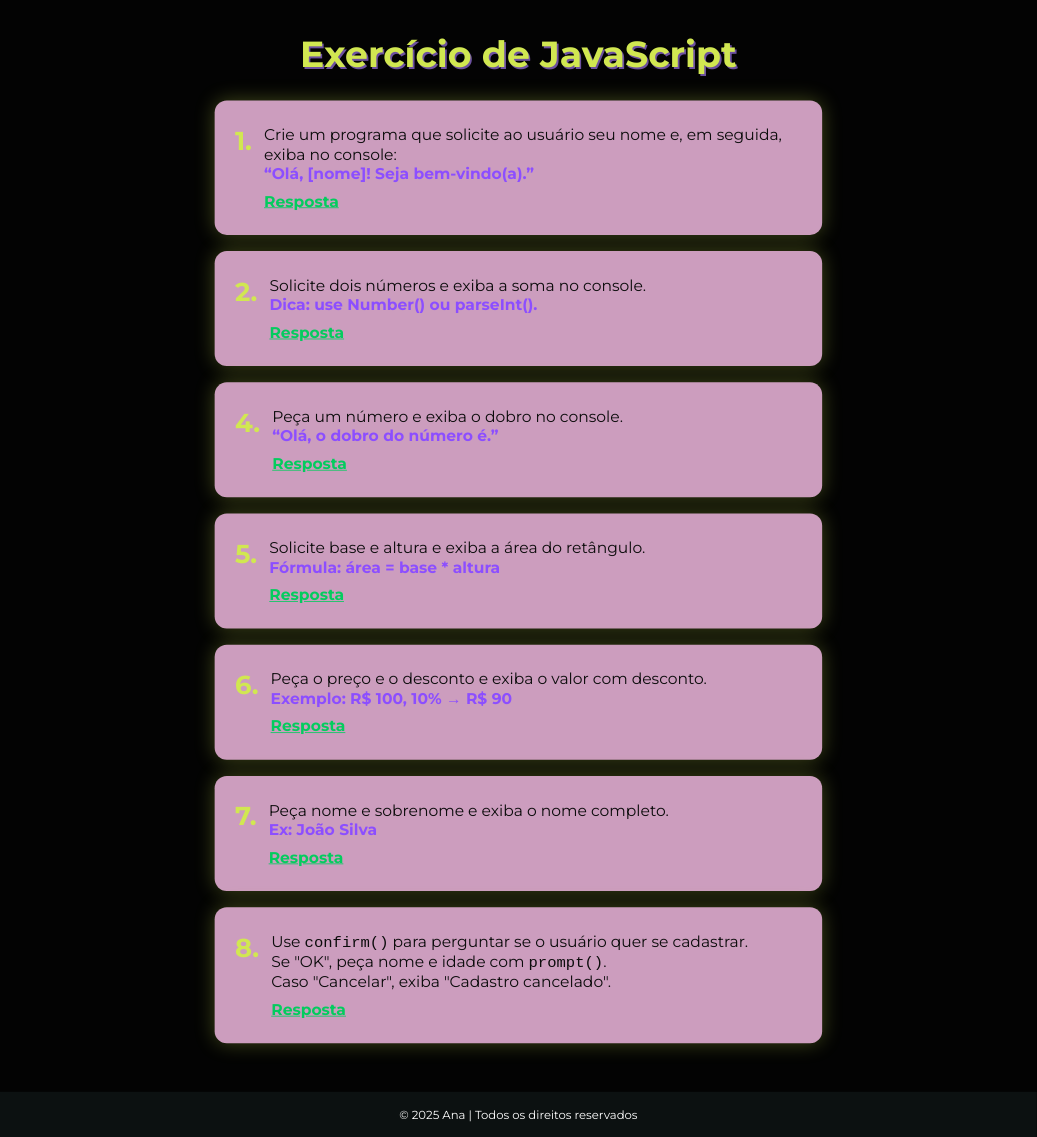
Repository: Anajaraa/atividadeJS
Page: index.html
An editor plug-in stored every save of this project. The page is shown before and after the next save, followed by the edit.
The browser window is 1280 px wide. The pictures show the whole page, at 81% of full size.

Above is the page before, as saved 2025-08-05 13:52:12.

### index.html
<!DOCTYPE html>
<html lang="pt-br">
<head>
  <meta charset="UTF-8" />
  <meta name="viewport" content="width=device-width, initial-scale=1.0" />
  <title>Exercícios de JavaScript</title>
  <link rel="stylesheet" href="style.css" />
</head>
<body>
  <main class="container">
    <h1>Exercício de JavaScript</h1>

    <section class="card">
      <p class="numero">1.</p>
      <div class="descricao">
        <p>Crie um programa que solicite ao usuário seu nome e, em seguida, exiba no console:<br>
        <strong>“Olá, [nome]! Seja bem-vindo(a).”</strong></p>

        <input type="checkbox" id="resposta1" class="toggle">
        <label for="resposta1" class="resposta-btn">Resposta</label>
        <div class="resposta">
          <pre><code>const nome = prompt("Digite seu nome:");
console.log(Olá, ${nome}! Seja bem-vindo(a).);</code></pre>
        </div>
      </div>
    </section>

    <section class="card">
      <p class="numero">2.</p>
      <div class="descricao">
        <p>Solicite dois números e exiba a soma no console.<br>
        <strong>Dica: use Number() ou parseInt().</strong></p>

        <input type="checkbox" id="resposta2" class="toggle">
        <label for="resposta2" class="resposta-btn">Resposta</label>
        <div class="resposta">
          <pre><code>const num1 = prompt("Digite um número:");
const num2 = prompt("Digite outro número:");
const soma = parseInt(num1) + parseInt(num2);
alert(A soma dos números é: ${soma});</code></pre>
        </div>
      </div>
    </section>

    <section class="card">
      <p class="numero">4.</p>
      <div class="descricao">
        <p>Peça um número e exiba o dobro no console.<br>
        <strong>“Olá, o dobro do número é.”</strong></p>

        <input type="checkbox" id="resposta4" class="toggle">
        <label for="resposta4" class="resposta-btn">Resposta</label>
        <div class="resposta">
          <pre><code>const num = prompt("Digite um número:");
const doub = parseInt(num) * 2;
alert(O dobro do número é: ${doub});</code></pre>
        </div>
      </div>
    </section>

    <section class="card">
      <p class="numero">5.</p>
      <div class="descricao">
        <p>Solicite base e altura e exiba a área do retângulo.<br>
        <strong>Fórmula: área = base * altura</strong></p>

        <input type="checkbox" id="resposta5" class="toggle">
        <label for="resposta5" class="resposta-btn">Resposta</label>
        <div class="resposta">
          <pre><code>const base = prompt("Digite a base:");
const altura = prompt("Digite a altura:");
const area = parseFloat(base) * parseFloat(altura);
console.log(A área do retângulo é: ${area});</code></pre>
        </div>
      </div>
    </section>

    <section class="card">
      <p class="numero">6.</p>
      <div class="descricao">
        <p>Peça o preço e o desconto e exiba o valor com desconto.<br>
        <strong>Exemplo: R$ 100, 10% → R$ 90</strong></p>

        <input type="checkbox" id="resposta6" class="toggle">
        <label for="resposta6" class="resposta-btn">Resposta</label>
        <div class="resposta">
          <pre><code>const preco = prompt("Digite o preço:");
const desconto = prompt("Digite o desconto (%):");
const precoDesconto = parseFloat(preco) - (parseFloat(preco) * parseFloat(desconto) / 100);
console.log(O preço com desconto é: ${precoDesconto});</code></pre>
        </div>
      </div>
    </section>

    <section class="card">
      <p class="numero">7.</p>
      <div class="descricao">
        <p>Peça nome e sobrenome e exiba o nome completo.<br>
        <strong>Ex: João Silva</strong></p>

        <input type="checkbox" id="resposta7" class="toggle">
        <label for="resposta7" class="resposta-btn">Resposta</label>
        <div class="resposta">
          <pre><code>const nome = prompt("Digite seu nome:");
const sobrenome = prompt("Digite seu sobrenome:");
console.log(Seu nome completo é: ${nome} ${sobrenome});</code></pre>
        </div>
      </div>
    </section>

    <section class="card">
      <p class="numero">8.</p>
      <div class="descricao">
        <p>Use <code>confirm()</code> para perguntar se o usuário quer se cadastrar.<br>
        Se "OK", peça nome e idade com <code>prompt()</code>.<br>
        Caso "Cancelar", exiba "Cadastro cancelado".</p>

        <input type="checkbox" id="resposta8" class="toggle">
        <label for="resposta8" class="resposta-btn">Resposta</label>
        <div class="resposta">
          <pre><code>const desejaCadastrar = confirm("Você deseja se cadastrar no site?");
if (desejaCadastrar) {
  const nome = prompt("Digite seu nome completo:");
  const idade = prompt("Digite sua idade:");
  console.log("Cadastro realizado com sucesso!");
  console.log("Nome: " + nome);
  console.log("Idade: " + idade);
} else {
  console.log("Cadastro cancelado pelo usuário.");
}</code></pre>
        </div>
      </div>
    </section>

  </main>

  <footer>
    © 2025 Ana | Todos os direitos reservados
  </footer>
</body>
  <script src="script.js"></script>
</html>

### style.css
@import url('https://fonts.googleapis.com/css2?family=Montserrat:wght@400;700&display=swap');

* {
  margin: 0;
  padding: 0;
  box-sizing: border-box;
}

body {
  font-family: "Montserrat", sans-serif;
  background-color: #030303;
  color: #ffffff;
  display: flex;
  flex-direction: column;
  min-height: 100vh;
  overflow-x: hidden;
}

.container {
  flex: 1;
  display: flex;
  flex-direction: column;
  align-items: center;
  padding: 40px 20px;
  text-align: center;
  width: 100%;
}

h1 {
  font-size: 2.8rem;
  margin-bottom: 30px;
  color: #d1e751;
  text-shadow: 2px 2px #6d51a0;
}

.card {
  background-color: #cc9dbe;
  padding: 30px 25px;
  border-radius: 15px;
  max-width: 750px;
  width: 100%;
  box-shadow: 0 0 25px rgba(209, 231, 81, 0.3);
  display: flex;
  gap: 15px;
  align-items: flex-start;
  margin-bottom: 20px;
  overflow: hidden;
  position: relative;

  word-wrap: break-word;
}

.numero {
  font-size: 2rem;
  color: #d1e751;
  font-weight: bold;
}

.descricao {
  font-size: 1.2rem;
  color: #0c0c0c;
  text-align: left;
  flex: 1;
  position: relative;
  width: 100%;
  overflow-wrap: break-word;
  word-break: break-word;
}

.descricao strong {
  color: #8c4eff;
  font-weight: bold;
}

footer {
  text-align: center;
  padding: 20px;
  font-size: 0.9rem;
  background-color: #0c1111;
  color: #ffffff;
}

.toggle {
  display: none;
}

.resposta-btn {
  display: inline-block;
  margin-top: 10px;
  color: #03cc5e;
  font-weight: bold;
  cursor: pointer;
  text-decoration: underline;

}

.resposta {
  display: none;
  background-color: #2c2c2c;
  color: #d4ffd4;
  padding: 20px;
  border-radius: 15px;
  font-family: monospace;
  white-space: pre-wrap;
  word-wrap: break-word;
  margin-top: 15px;
  width: 100%;
  box-sizing: border-box;
  overflow-x: auto;
  max-width: 100%;
  border: 2px solid transparent;
}

pre, code {
  max-width: 100%;
  overflow-x: auto;
  white-space: pre-wrap;
  word-break: break-word;
}




.toggle:checked + .resposta-btn + .resposta {
  display: block;
}

### script.js


// RESPOSTA Exercício 1
// const nome = prompt("Digite seu nome:");
//  console.log(`Olá, ${nome}! Seja bem-vindo(a).`);

// RESPOSTA Exercício 2
// const num1 = prompt("Digite um número:");
// const num2 = prompt("Digite outro número:");
// const soma = parseInt(num1) + parseInte(num2);
// alert(`A soma dos números é: ${soma}`);

// RESPOSTA Exercício 4
// onst num = prompt("Digite um número:");
// const doub = parseInt(num) * 2;
// alert(`O dobro do número é: ${doub}`);


// RESPOSTA Exercício 5

// const base =  prompt("Digite a base:");
// const altura = prompt("Digite a altura:");
// const area = parseFloat(base) * parseFloat(altura);
// console.log(`A área do retângulo é: ${area}`);

// RESPOSTA Exercício 6
// const preco = prompt("Digite o preço do produto:");
// const desconto = prompt("Digite o desconto em porcentagem:");
// const precoDesconto = parseFloat(preco) - (parseFloat(preco) * parseFloat(desconto) / 100);
// console.log(`O preço com desconto é: ${precoDesconto}`);

// RESPOSTA Exercício 7
// const nome = prompt("Digite seu nome:");
// const sobrenome = prompt("Digite seu sobrenome:");
// console.log(`Seu nome completo é: ${nome} ${sobrenome}`);

// RESPOSTA Exercício 8
// const desejaCadastrar = confirm("Você deseja se cadastrar no site?");

// if (desejaCadastrar) {
//   const nome = prompt("Digite seu nome completo:");
//   const idade = prompt("Digite sua idade:");

//   console.log("Cadastro realizado com sucesso!");
//   console.log("Nome: " + nome);
//   console.log("Idade: " + idade);
// } else {
//   console.log("Cadastro cancelado pelo usuário.");
// }

After the next save:
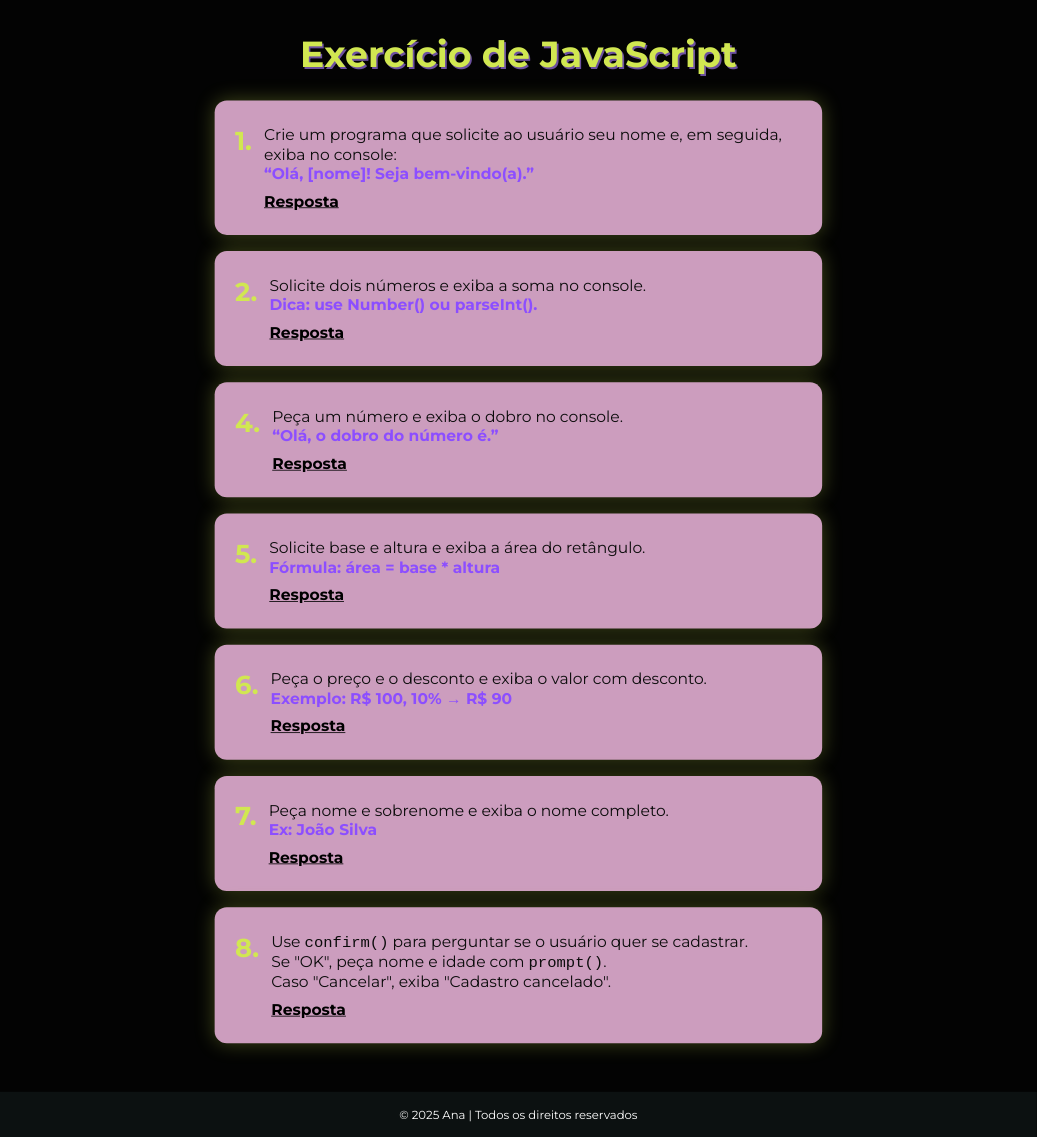
Saved 47 s later.
--- a/style.css
+++ b/style.css
@@ -87,7 +87,7 @@ footer {
 .resposta-btn {
   display: inline-block;
   margin-top: 10px;
-  color: #03cc5e;
+  color: #000000;
   font-weight: bold;
   cursor: pointer;
   text-decoration: underline;
